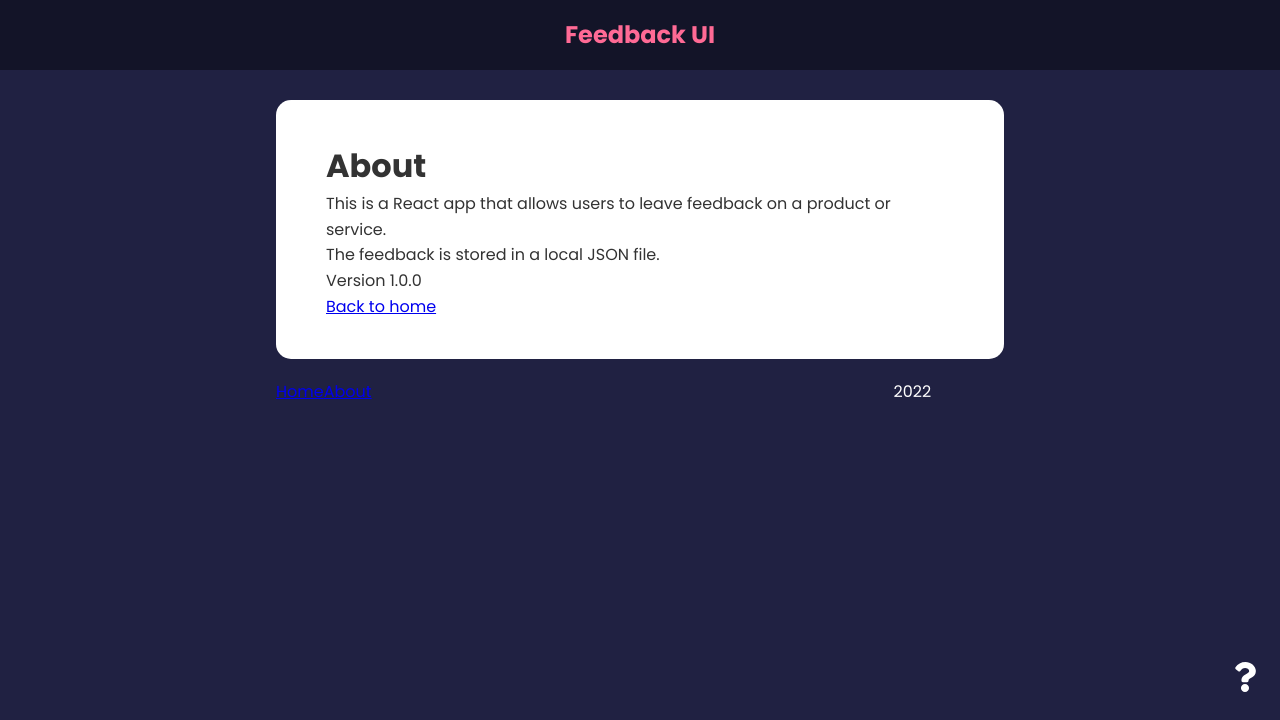
Repository: bayorwor/feedbackapp
Page: /about
These files come from the project's save history. The page is drawn as it stood at one moment and after the next save; the edit follows.
The browser window is 1280 px wide. The pictures show the whole page.
The project was rebuilt for these pictures with package versions that can differ from the ones it lists, and the page was loaded fresh each time. Also part of the build but not shown: src/components/FeedbaackItem.jsx, src/components/FeedbackList.jsx, src/components/FeedbackStats.jsx, src/components/shared/Button.js, src/components/RatingSelect.jsx, src/components/FeedbackForm.jsx.

Above is the page before, as saved 2022-01-31 07:42:50.

### public/index.html
<!DOCTYPE html>
<html lang="en">
  <head>
    <meta charset="utf-8" />
    <link rel="icon" href="%PUBLIC_URL%/favicon.ico" />
    <meta name="viewport" content="width=device-width, initial-scale=1" />
    <meta name="theme-color" content="#000000" />
    <meta
      name="description"
      content="Web site created using create-react-app"
    />
    <link rel="apple-touch-icon" href="%PUBLIC_URL%/logo192.png" />
    <link rel="manifest" href="%PUBLIC_URL%/manifest.json" />
    <title>feedback app</title>
  </head>
  <body>
    <noscript>You need to enable JavaScript to run this app.</noscript>
    <div id="root"></div>
  </body>
</html>

### src/index.css
@import url("https://fonts.googleapis.com/css2?family=Poppins:wght@400;600;700&display=swap");

* {
  box-sizing: border-box;
  margin: 0;
  padding: 0;
}

body {
  font-family: "Poppins", sans-serif;
  background-color: #202142;
  color: #fff;
  line-height: 1.6;
}

ul {
  list-style: none;
}

.container {
  max-width: 768px;
  margin: auto;
  padding: 0 20px;
}

header {
  height: 70px;
  width: 100%;
  display: flex;
  justify-content: space-between;
  align-items: center;
  margin-bottom: 30px;
}

.card {
  background-color: #fff;
  color: #333;
  border-radius: 15px;
  padding: 40px 50px;
  margin: 20px 0;
  position: relative;
}

.card.reverse {
  background-color: rgba(0, 0, 0, 0.4);
  color: #fff;
}

.card h2 {
  font-size: 22px;
  font-weight: 600;
  text-align: center;
}

.rating {
  display: flex;
  align-items: center;
  justify-content: space-around;
  margin: 30px 0 40px;
}

.rating li,
.num-display {
  position: relative;
  background: #f4f4f4;
  width: 50px;
  height: 50px;
  padding: 10px;
  text-align: center;
  border-radius: 50%;
  font-size: 19px;
  border: 1px #eee solid;
  transition: 0.3s;
}

.rating li label {
  position: absolute;
  top: 50%;
  left: 50%;
  width: 50px;
  height: 50px;
  padding: 10px;
  border-radius: 50%;
  transform: translate(-50%, -50%);
  cursor: pointer;
}

.rating li:hover,
.num-display {
  background: #ff6a95;
  color: #fff;
}

[type="radio"] {
  opacity: 0;
}

[type="radio"]:checked ~ label {
  background: #ff6a95;
  color: #fff;
}

.input-group {
  display: flex;
  flex-direction: row;
  border: 1px solid #ccc;
  padding: 8px 10px;
  border-radius: 8px;
}

input {
  flex-grow: 2;
  border: none;
  font-size: 16px;
}

input:focus {
  outline: none;
}

.feedback-stats {
  color: #fff;
  display: flex;
  justify-content: space-between;
  align-items: center;
}

.num-display {
  position: absolute;
  top: -10px;
  left: -10px;
}

.close,
.edit {
  position: absolute;
  top: 10px;
  right: 20px;
  cursor: pointer;
  background: none;
  border: none;
}

.edit {
  right: 40px;
}

.btn {
  color: #fff;
  border: 0;
  border-radius: 8px;
  color: #fff;
  width: 100px;
  height: 40px;
  cursor: pointer;
}

.btn-primary {
  background-color: #202142;
}

.btn-secondary {
  background: #ff6a95;
}

.btn:hover {
  transform: scale(0.98);
  opacity: 0.9;
}

.btn:disabled {
  background-color: #cccccc;
  color: #333;
  cursor: auto;
}

.btn:disabled:hover {
  transform: scale(1);
  opacity: 1;
}

.message {
  padding-top: 10px;
  text-align: center;
  color: rebeccapurple;
}

.about-link {
  position: absolute;
  bottom: 20px;
  right: 20px;
  color: #fff;
  cursor: pointer;
}

.about-link a {
  color: #fff;
}

.about-link a:hover {
  color: #ff6a95;
}

.about h1 {
  margin-bottom: 20px;
}

.about p {
  margin: 10px 0;
}

@media (max-width: 600px) {
  .rating li {
    margin: 10px 3px;
  }

  .rating {
    display: flex;
    align-items: center;
    justify-content: center;
    flex-wrap: wrap;
    margin: 30px 0 40px;
  }

  .input-group input {
    width: 80%;
  }
  .active {
    background: #ff6a95;
    color: #fff;
  }
}
.footer {
  display: flex;
  justify-content: space-between;
  width: 90%;
}

### src/App.js
import { useState } from "react";
import { BrowserRouter as Router, Route, Routes } from "react-router-dom";
import { v4 as uuidV4 } from "uuid";
import Header from "./components/Header";
import feedbackData from "./data/feedBacks";
import FeedbackList from "./components/FeedbackList";
import FeedbackStats from "./components/FeedbackStats";
import FeedbackForm from "./components/FeedbackForm";
import AboutPage from "./pages/AboutPage";
import AboutIconLink from "./components/AboutIconLink";
import Footer from "./components/Footer";

const App = () => {
  const [feedback, setFeedback] = useState(feedbackData);

  const deleteFeedback = (id) => {
    if (window.confirm("Are you sure you want to delete this feedback?")) {
      setFeedback(feedback.filter((feedback) => feedback.id !== id));
    }
  };

  const addFeedback = (newFeedback) => {
    newFeedback.id = uuidV4();
    setFeedback([newFeedback, ...feedback]);
  };

  return (
    <Router>
      <Header />
      <div className="container">
        <Routes>
          <Route
            exact
            path="/"
            element={
              <>
                <FeedbackForm addFeedback={addFeedback} />
                <FeedbackStats feedback={feedback} />
                <FeedbackList
                  feedback={feedback}
                  deleteFeedback={deleteFeedback}
                />
              </>
            }
          ></Route>
          <Route path="/about" element={<AboutPage />} />
        </Routes>
        <Footer />
        <AboutIconLink />
      </div>
    </Router>
  );
};

export default App;

### src/components/Header.jsx
import React from "react";
import PropTypes from "prop-types";

const Header = ({ text, bgColor, textColor }) => {
  const headerStyle = {
    backgroundColor: bgColor,
    color: textColor,
  };

  return (
    <header style={headerStyle}>
      <div className="container">
        <h2>{text}</h2>
      </div>
    </header>
  );
};

Header.defaultProps = {
  text: "Feedback UI",
  bgColor: "rgba(0, 0, 0, 0.4)",
  textColor: "#ff6a95",
};

Header.propTypes = {
  text: PropTypes.string,
  bgColor: PropTypes.string,
  textColor: PropTypes.string,
};

export default Header;

### src/data/feedBacks.js
const feedbackData = [
  {
    rating: 7,
    text: "This is an example of a feedback item",
    id: 1,
  },
  {
    rating: 9,
    text: "lorem  ipsum dolor sit  amet consectetur adipisicing elit. Qui, quisquam.",
    id: 2,
  },
  {
    rating: 12,
    text: "lorem  ipsum dolor sit  amet consectetur adipisicing elit. Qui, quisquam.",
    id: 3,
  },
];

export default feedbackData;

### src/pages/AboutPage.jsx
import React from "react";
import { Link } from "react-router-dom";
import Card from "../components/shared/Card";

function AboutPage() {
  return (
    <Card>
      <h1>About</h1>
      <p>
        This is a React app that allows users to leave feedback on a product or
        service.
      </p>
      <p>The feedback is stored in a local JSON file.</p>
      <p>Version 1.0.0</p>
      <p>
        <Link to="/">Back to home</Link>
      </p>
    </Card>
  );
}

export default AboutPage;

### src/components/AboutIconLink.jsx
import React from "react";
import { FaQuestion } from "react-icons/fa";
import { Link } from "react-router-dom";

function AboutIconLink() {
  return (
    <div className="about-link">
      <Link to="/about">
        <FaQuestion size={30} />
      </Link>
    </div>
  );
}

export default AboutIconLink;

### src/components/Footer.jsx
import { NavLink } from "react-router-dom";
import Card from "./shared/Card";

function Footer() {
  var today = new Date();
  var year = today.getFullYear();

  return (
    <>
      <div className="footer">
        <div className="footer-container">
          <NavLink activeClassName="active" to="/">
            Home
          </NavLink>
          <NavLink activeClassName="active" to="/about">
            About
          </NavLink>
        </div>
        <p>{year}</p>
      </div>
    </>
  );
}

export default Footer;

### src/components/shared/Card.jsx
import React from "react";
import PropTypes from "prop-types";

function Card({ children, reverse }) {
  return <div className={`card ${reverse && "reverse"}`}>{children}</div>;
}

Card.defaultProps = {
  reverse: false,
};

Card.propTypes = {
  children: PropTypes.node.isRequired,
  reverse: PropTypes.bool,
};

export default Card;

Loaded but not shown: src/index.js (common file)

After the next save:
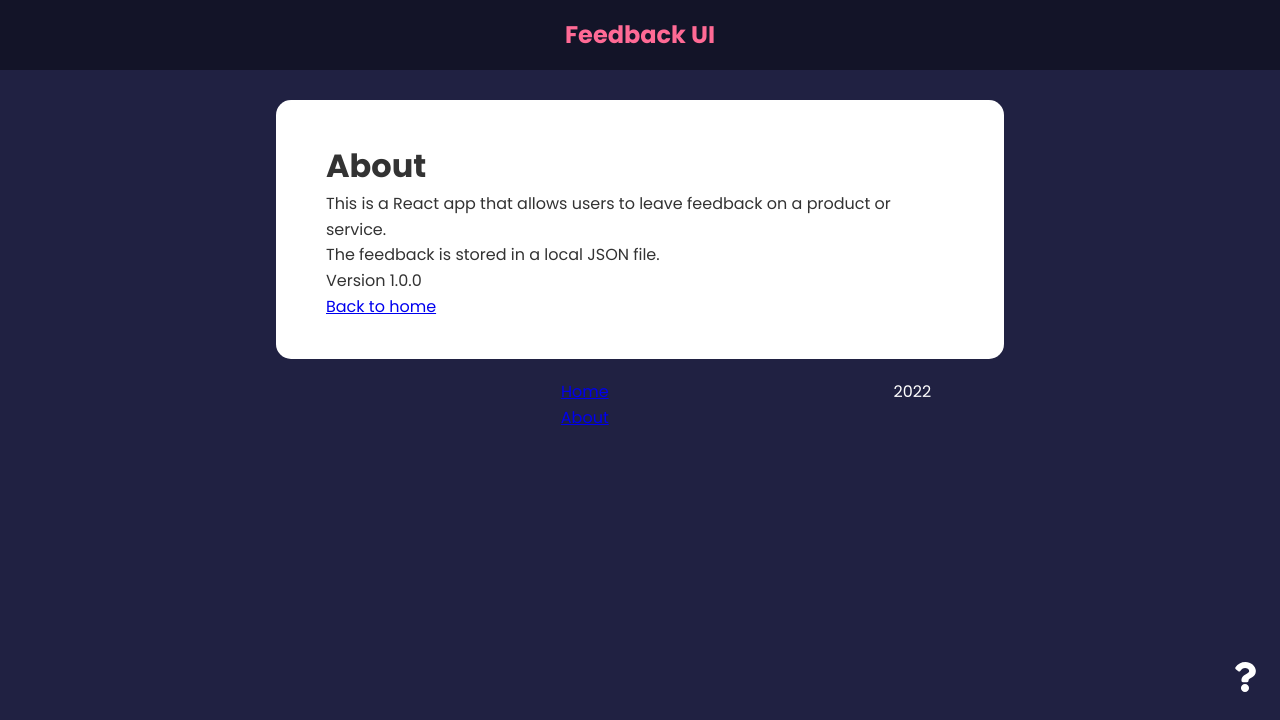
Saved 30 s later.
--- a/src/index.css
+++ b/src/index.css
@@ -235,3 +235,11 @@ input:focus {
   justify-content: space-between;
   width: 90%;
 }
+
+.footer-container {
+  display: flex;
+  flex-direction: column;
+  align-items: center;
+  justify-content: center;
+  width: 100%;
+}
